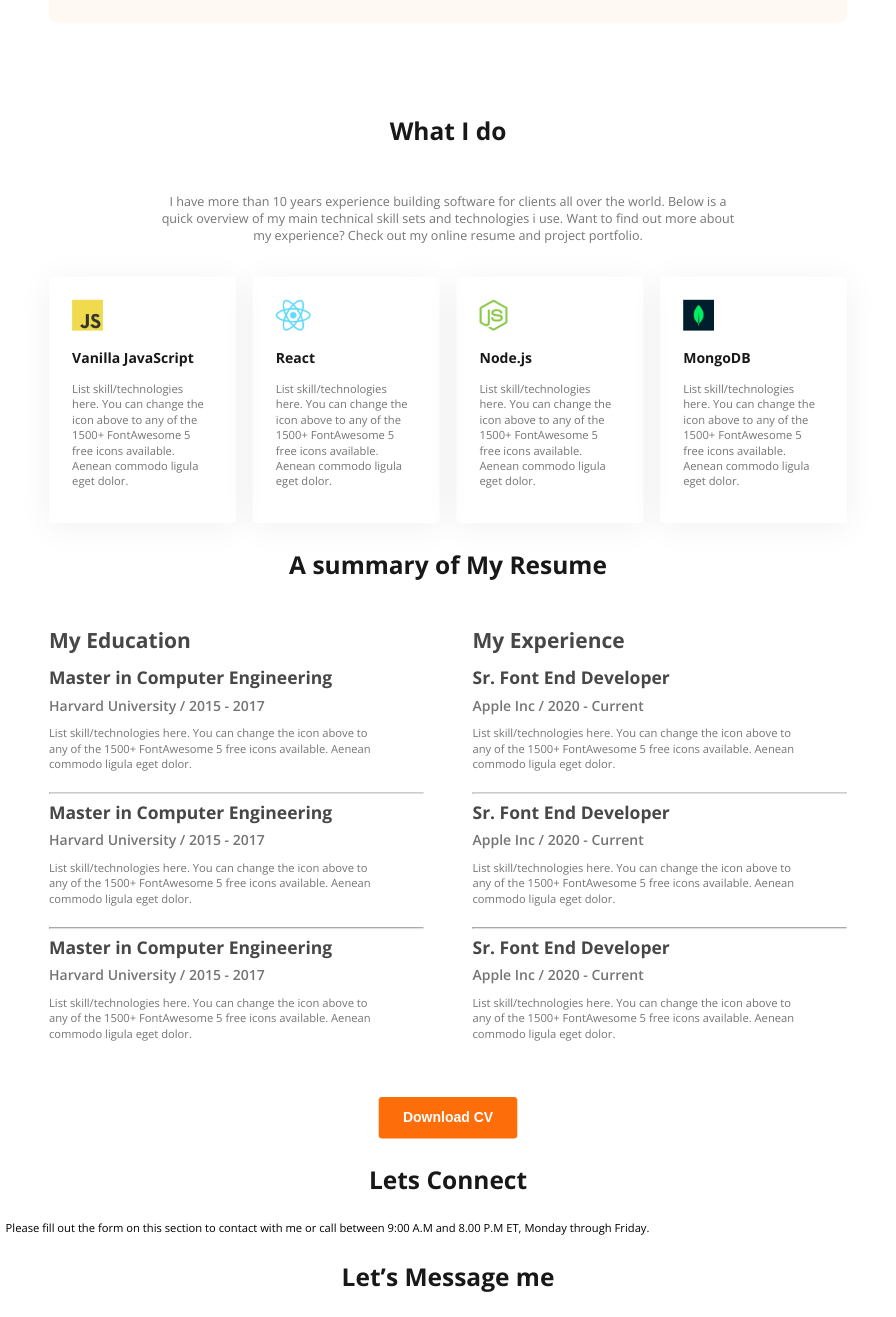
Repository: ShouravAhammed/Simple-Portfolio-Webpage
Page: index.html
The author's editor kept a copy of each file at every save. The page is drawn from the files as they stood at one save, then again after the next save.
The browser window is 1280 px wide. The pictures show the part of the page from y = 1466 to 3386 px (the page is 3348 px tall before and 3386 px after), at 70% of full size.

Above is the page before, as saved 2024-01-06 03:38:35.

After the next save:
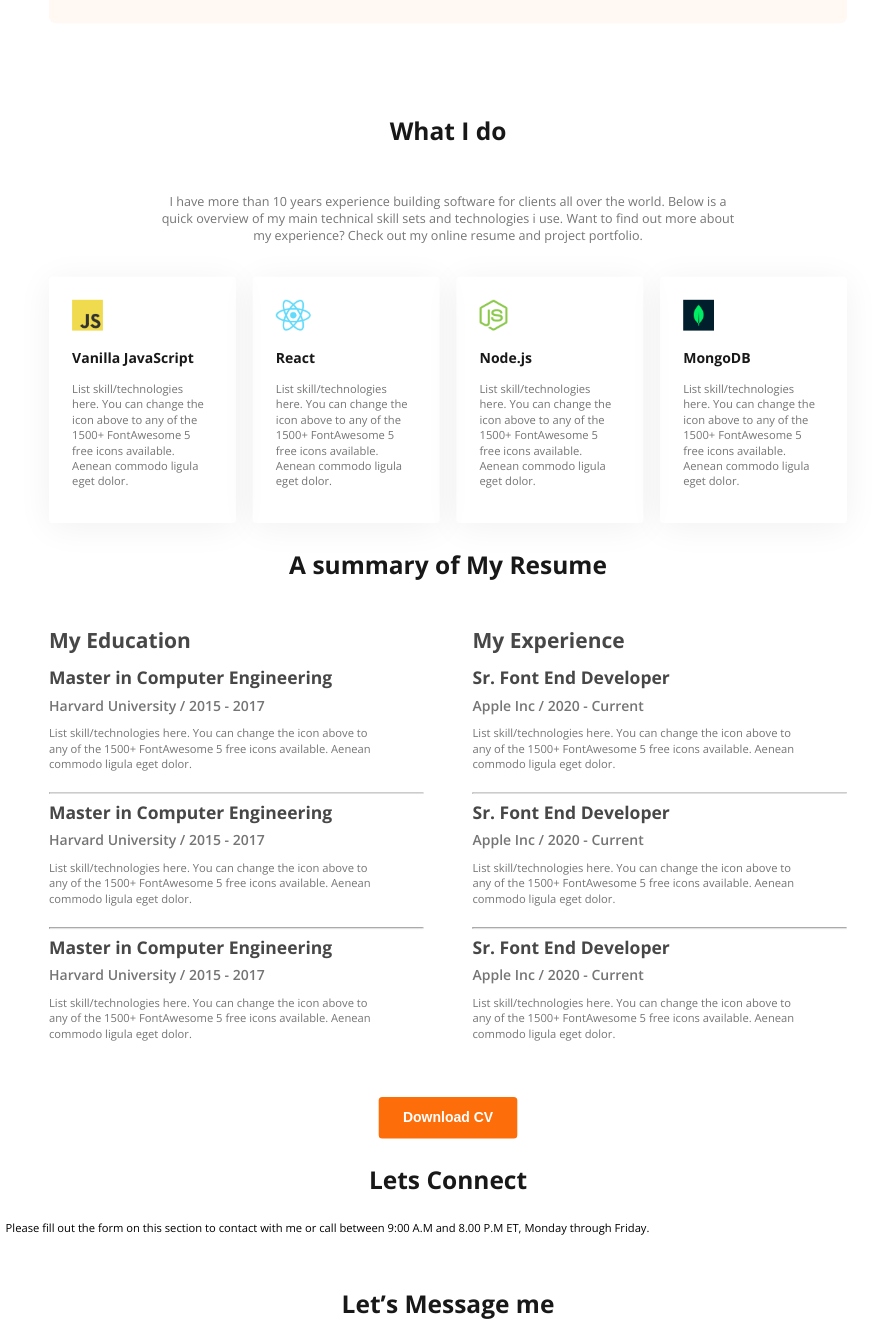
Saved 2 min 24 s later.
--- a/index.html
+++ b/index.html
@@ -137,6 +137,11 @@
         <div class="footer-column">
             <h3 class="section-title">Lets Connect</h3>
             <p class="footer-description">Please fill out the form on this section to contact with me or call between 9:00 A.M and 8.00 P.M ET, Monday through Friday.</p>
+            <div class="social-link">
+                <a href=""><img src="" alt=""></a>
+                <a href=""><img src="" alt=""></a>
+                <a href=""><img src="" alt=""></a>
+            </div>
         </div>
         <div class="footer-column">
             <h3 class="section-title">Let’s Message me</h3>
